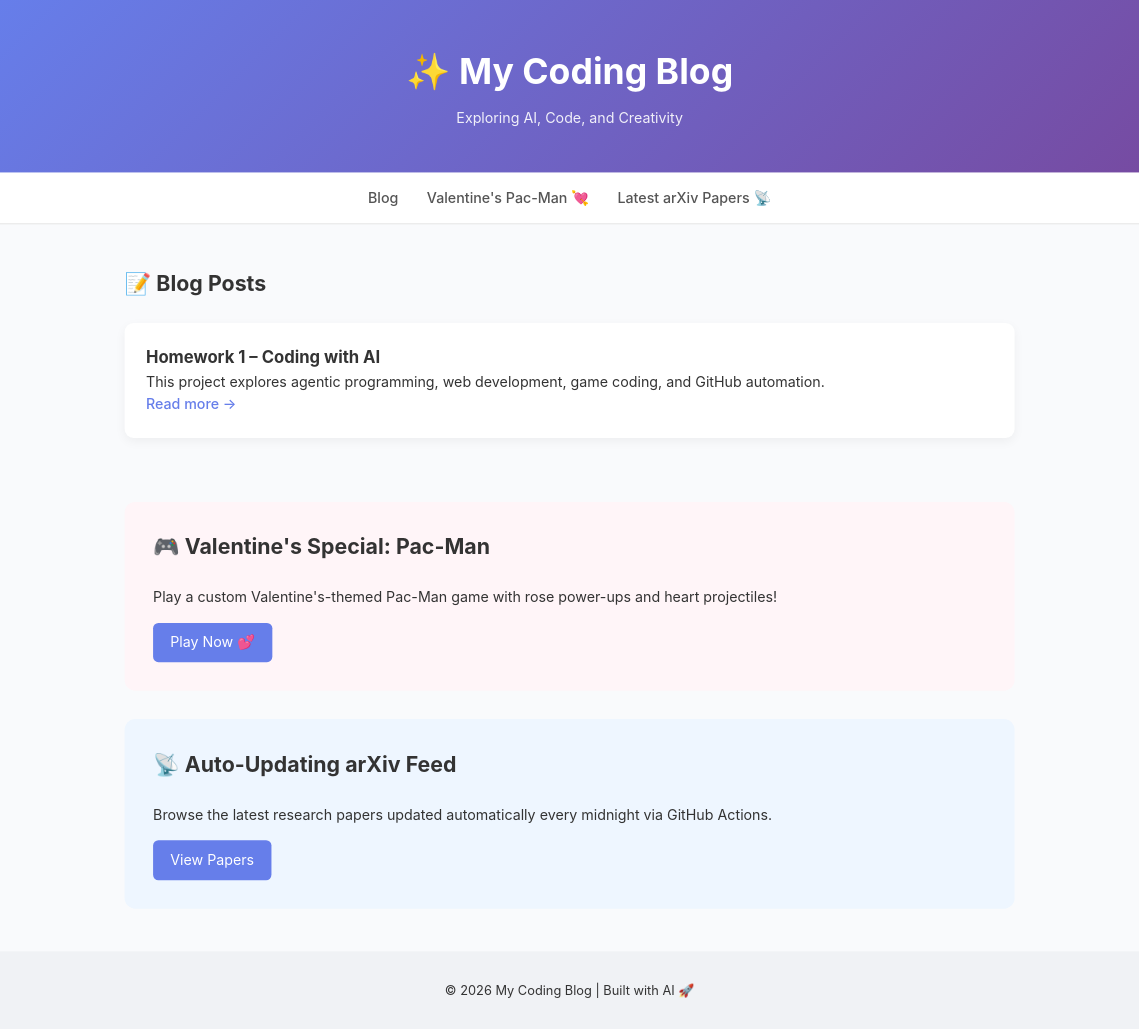
Repository: Luuuuux/computing-homework-1-new
Page: index.html
These files come from the project's save history. The page is drawn as it stood at one moment and after the next save; the edit follows.
The browser window is 1280 px wide. The pictures show the whole page, at 89% of full size.

Above is the page before, as saved 2026-02-18 11:03:06.

After the next save:
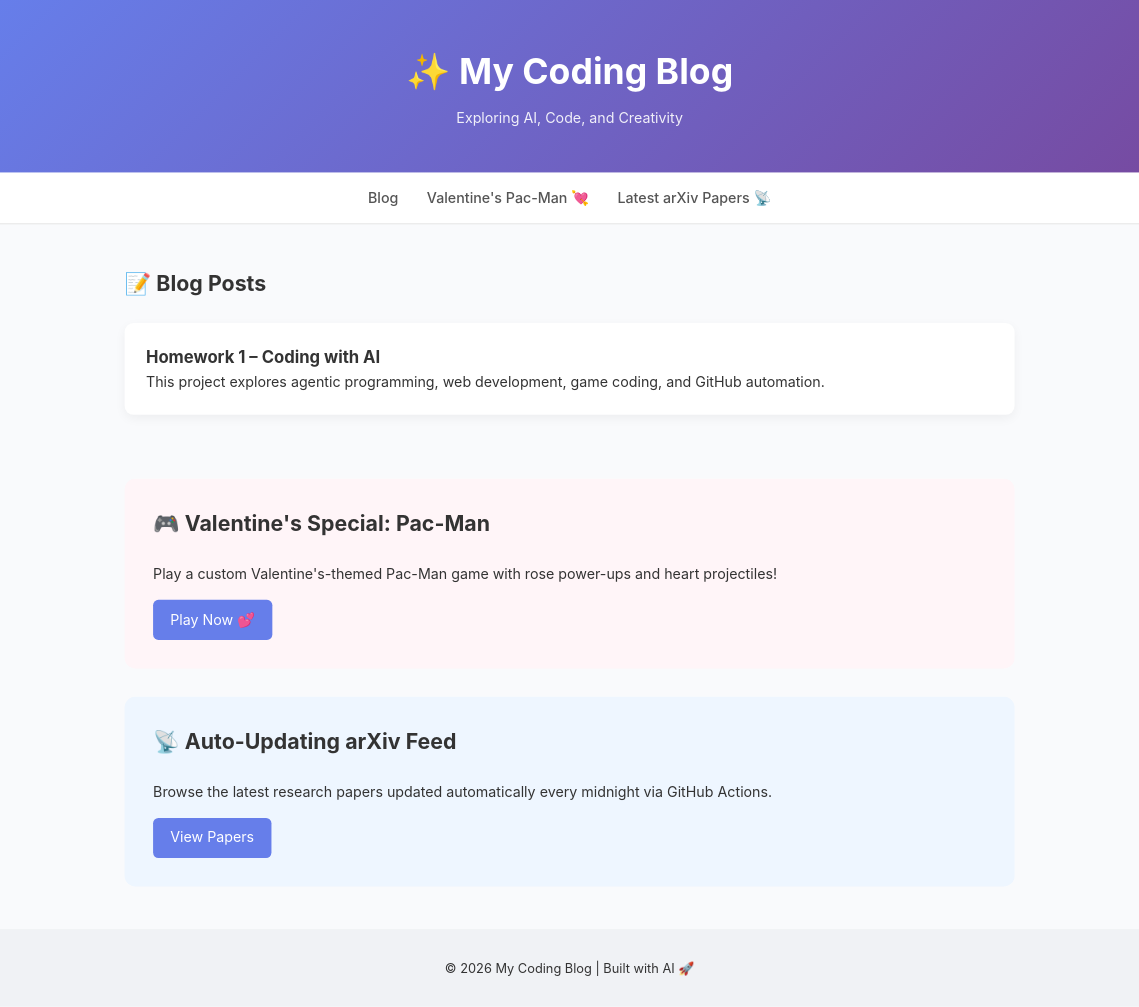
Saved 7 h 9 min later.
--- a/index.html
+++ b/index.html
@@ -35,7 +35,6 @@
             <div class="post-card">
                 <h3>Homework 1 – Coding with AI</h3>
                 <p>This project explores agentic programming, web development, game coding, and GitHub automation.</p>
-                <a href="#">Read more →</a>
             </div>
 
             <!-- Future posts can be added here -->
